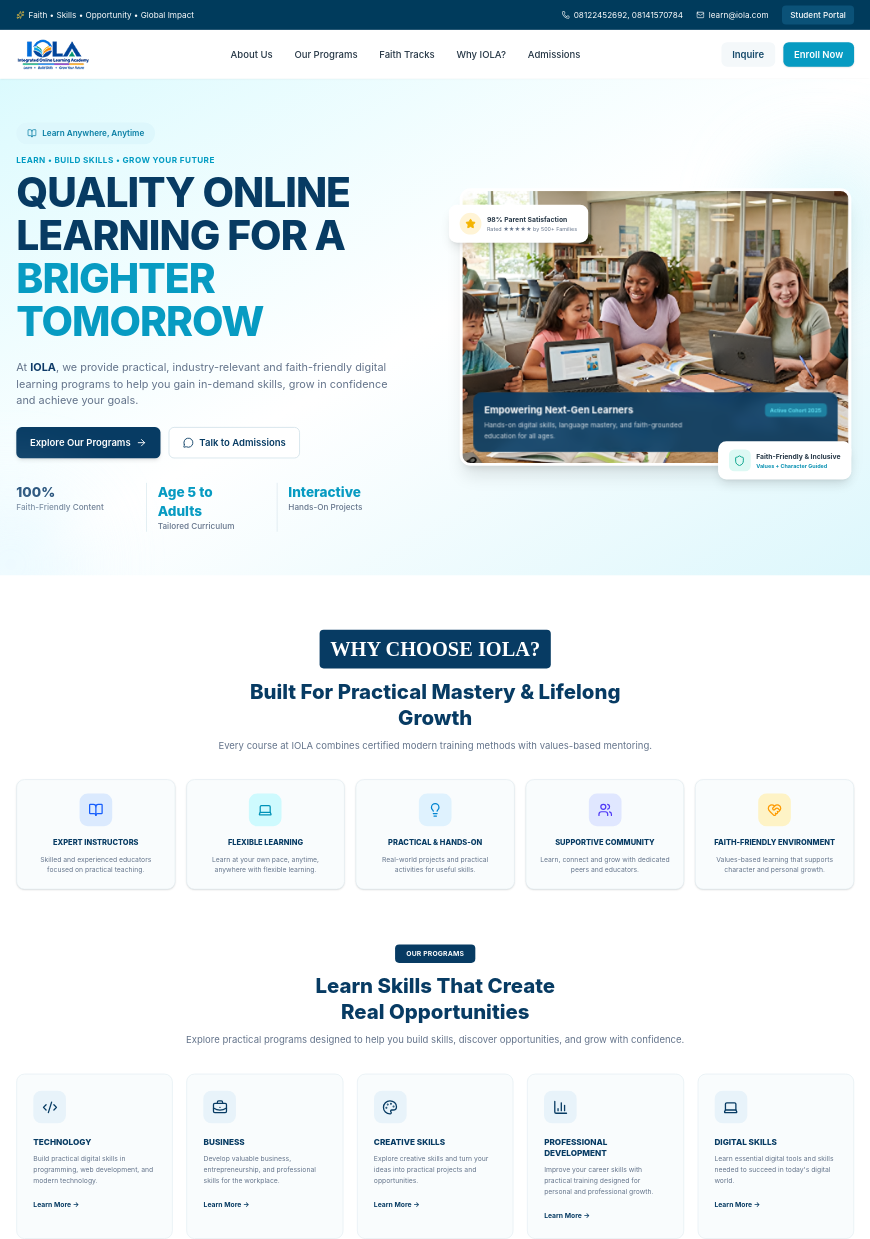
Repository: segunrotini/iola
Page: /
These files come from the project's save history. The page is drawn as it stood at one moment and after the next save; the edit follows.
The browser window is 1280 px wide. The pictures show the whole page, at 68% of full size.
The project was rebuilt for these pictures with package versions that can differ from the ones it lists, and the page was loaded fresh each time. Also part of the build but not shown: vite.config.ts.

Above is the page before, as saved 2026-09-29 15:19:02.

After the next save:
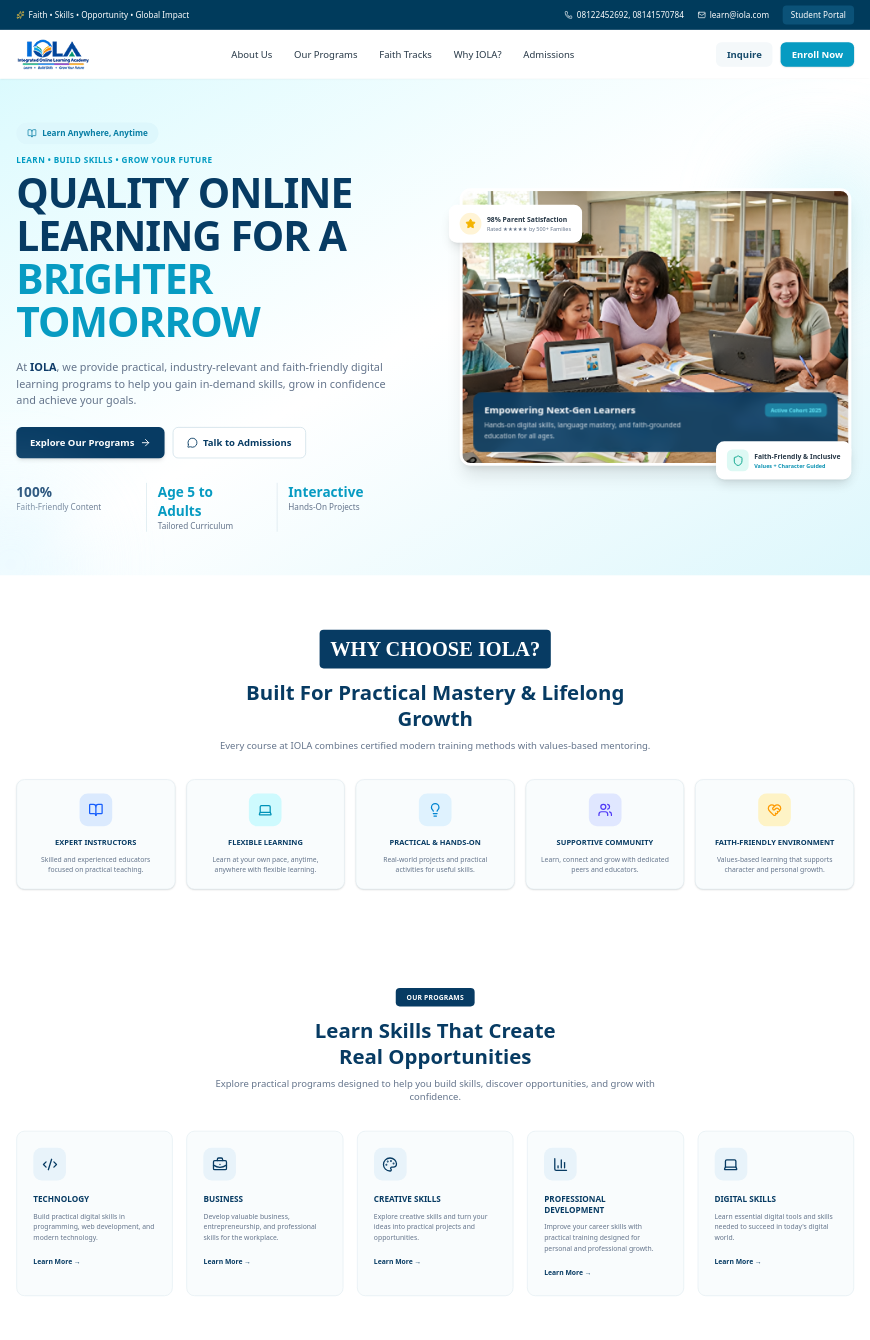
Saved 2 min 22 s later.
--- a/src/index.css
+++ b/src/index.css
@@ -1,7 +1,2 @@
 @import "tailwindcss";
 @import url('https://fonts.googleapis.com/css2?family=Inter:wght@400;500;600;700;800&family=Montserrat:wght@400;500;600;700;800&display=swap');
-
-
-body {
-  font-family: "Inter", sans-serif;
-}
--- a/src/components/home/Programs.tsx
+++ b/src/components/home/Programs.tsx
@@ -42,9 +42,9 @@
 
 const Programs = () => {
   return (
-
+    <section className="bg-white py-16">
       <div className="mx-auto max-w-7xl px-4 sm:px-6">
-        <div className="mx-auto max-w-3xl text-center">
+        <div className="mx-auto max-w-2xl text-center">
           <span className="inline-flex items-center rounded-md bg-[#073B63] px-4 py-1.5 text-[10px] font-bold uppercase tracking-wide text-white">
             Our Programs
           </span>
@@ -93,7 +93,7 @@
           })}
         </div>
       </div>
-
+    </section>
   );
 };
 
